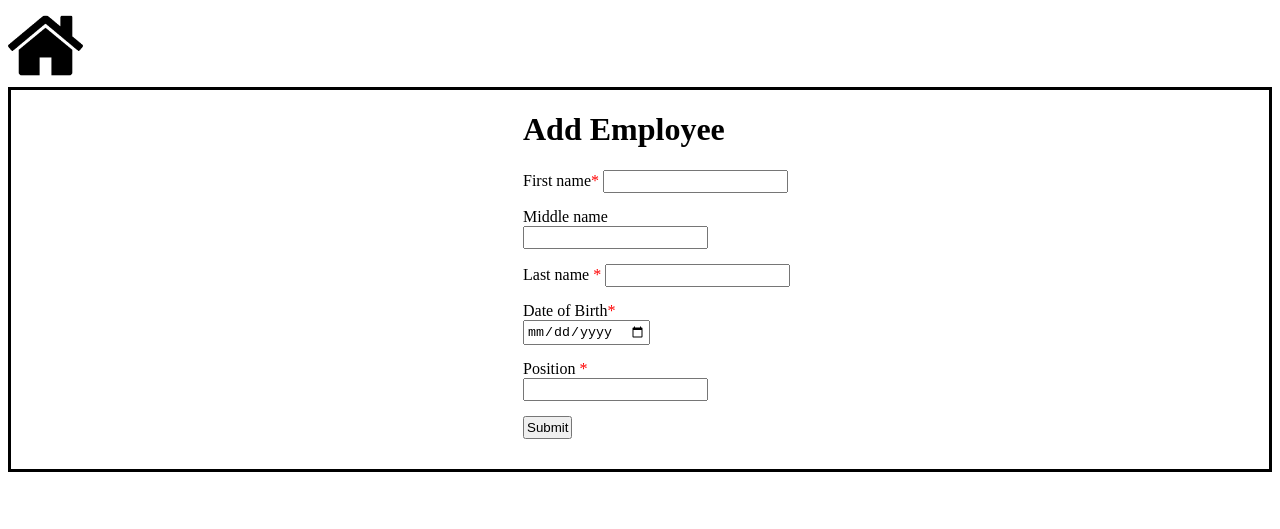
Repository: ticross18/SpringBootEmployeeSystem
Page: EmploymentSystem/src/main/resources/static/addEmp.html
These files come from the project's save history. The page is drawn as it stood at one moment and after the next save; the edit follows.
The browser window is 1280 px wide. The pictures show the whole page.

Above is the page before, as saved 2022-05-18 19:14:18.

### EmploymentSystem/src/main/resources/static/addEmp.html
<!DOCTYPE html>
<html>

<head>
	<title>Add Employee</title>
	<meta charset="UTF-8">
	<meta name="viewport" content="width=device-width, initial-scale=1.0">
	<link href="css/screens.css" rel="stylesheet" type="text/css">
</head>

<body>

	<a href="/"><img src="images/homeIcon2.png" id="homeButton" alt="home button"></a>

	<div id="addEmpBox">
		<h1 id="title">Add Employee</h1>


		    <form action="add employee" method="post" modelAttribute="Employees" id="userInput">
			<label for="fname">First name<span class="asterisk">*</span> </label <br>
			<input type="text" id="fname" name="fname"><br>
			<label for="mname">Middle name</label><br>
			<input type="text" id="mname" name="mname"><br>
			<label for="lname">Last name <span class="asterisk">*</span> </label <br>
			<input type="text" id="lname" name="lname"><br>
			<label for="dob">Date of Birth<span class="asterisk">*</span> </label><br>
			<input type="date" id="dob" name="dob"><br>
			<label for="position">Position <span class="asterisk">*</span> </label><br>
			<input type="text" id="position" name="position"><br>
			<input type="submit" id="submit" name="submit" formmethod="post" />
			</tr>
		</form>
	</div>

</body>

</html>

### EmploymentSystem/src/main/resources/static/css/screens.css
.container {
   display: flex;

}

#homeButton{
	width:75px;
	height:75px;
	position: relative;
}

.asterisk{
	color: red;
}

#addEmpBox {
	padding-left: 40vw;
	border: 3px solid rgb(0, 0, 0);
	padding-bottom: 15px;
}

#addEmpBox input {
	margin-bottom: 15px;
	padding: 2px;
}

#SearchEmpBox {
	border: 3px solid rgb(0, 0, 0);
	padding-bottom: 15px;
	margin-right: 15vw;
	text-align: center;
}

#userInput {
	display:inline-table;
}

#results {
	border: 2px solid black;
	margin: 10px;
	background-color: lightgrey;
	border-collapse: collapse;
	margin:  3vh 3vw;
}

#results th {
	padding: 2vh 3vw;
	border-left: 1px solid #000;
    border-right: 1px solid #000;
}

#results td {
	padding: 1vh 3vw ;
	border-left: 1px solid #000;
    border-right: 1px solid #000;

}

#finalEdit{
	text-align: left;
	position: left;
}

button.optionButtons {
	border-radius: 10px;
	margin-top: 10px;
	margin-right: 10vw;
	height: 5vh;
	border: 3px solid rgb(0, 0, 0);
}

button.optionButtons:active {
  box-shadow: 0 5px #666;
  transform: translateY(4px);
}

button.optionButtons:hover {
  background-color: rgb(255, 255, 128);
  cursor: pointer;
}

#dateRange {
	border: 3px solid rgb(0, 0, 0);
	width:fit-content;
	margin: 3vh;
	padding: 2vh;
}



.monthDropDown {
	width:110px;
}


tr.entries:hover {
  background-color: white;
  cursor: pointer;
}

h3 {
	background-color: lightgrey;

}

#submitComp {
	margin-left:10px;
	width:80px;
}

After the next save:
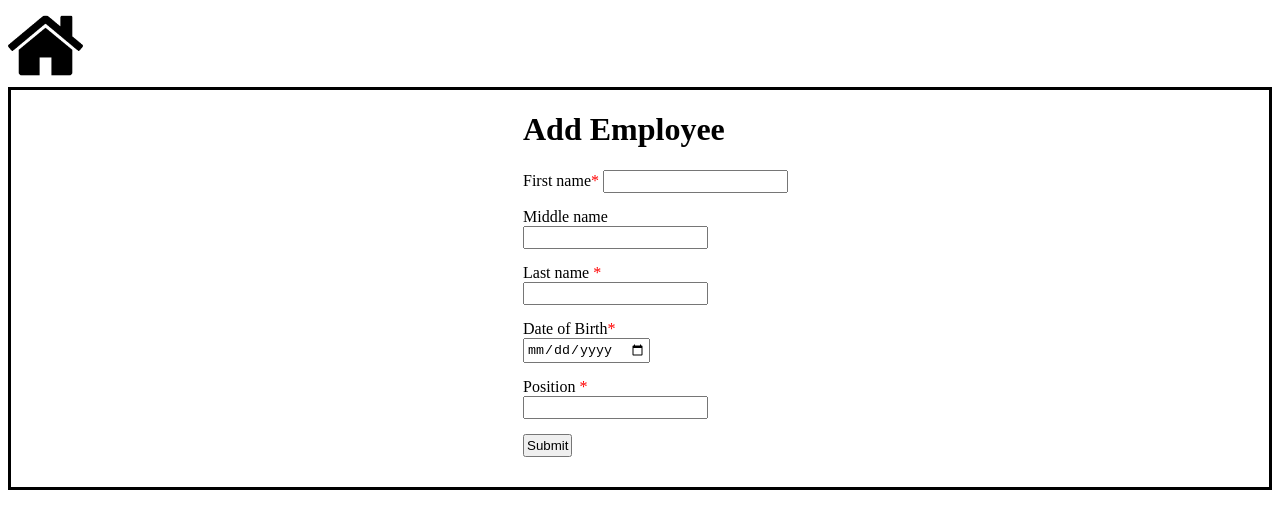
Saved 15 s later.
--- a/EmploymentSystem/src/main/resources/static/addEmp.html
+++ b/EmploymentSystem/src/main/resources/static/addEmp.html
@@ -21,7 +21,7 @@
 			<input type="text" id="fname" name="fname"><br>
 			<label for="mname">Middle name</label><br>
 			<input type="text" id="mname" name="mname"><br>
-			<label for="lname">Last name <span class="asterisk">*</span> </label <br>
+			<label for="lname">Last name <span class="asterisk">*</span> </label><br>
 			<input type="text" id="lname" name="lname"><br>
 			<label for="dob">Date of Birth<span class="asterisk">*</span> </label><br>
 			<input type="date" id="dob" name="dob"><br>
